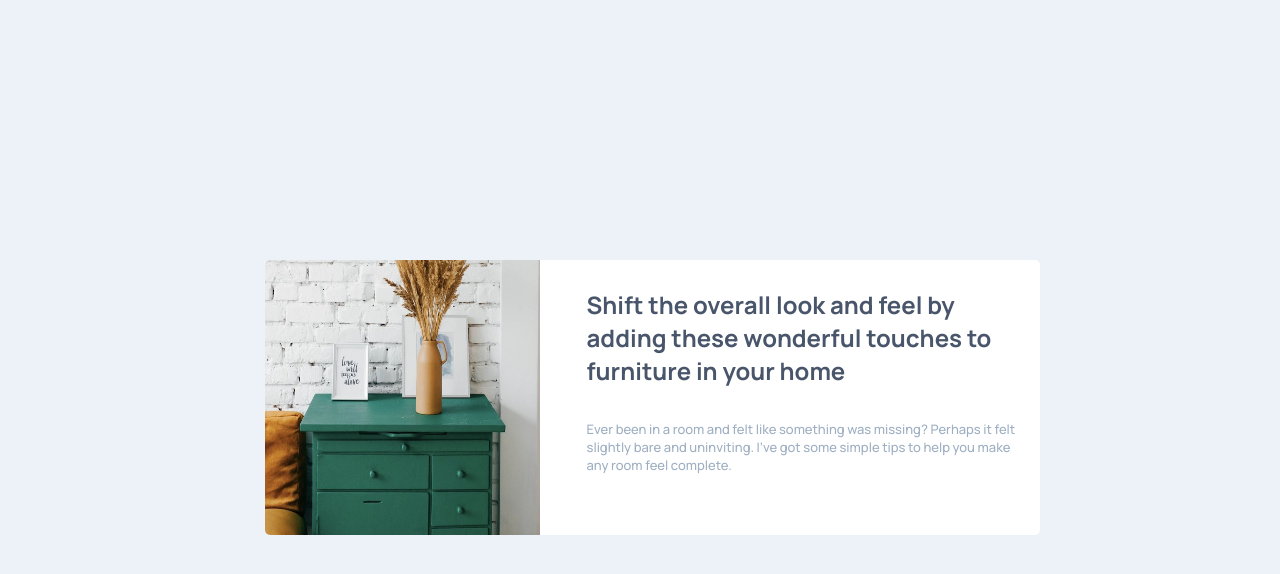
Repository: ricky603/training-css
Page: article-preview-component-master/index.html
An editor plug-in stored every save of this project. The page is shown before and after the next save, followed by the edit.
The browser window is 1280 px wide. The pictures show the whole page.

Above is the page before, as saved 2020-09-09 08:49:16.

After the next save:
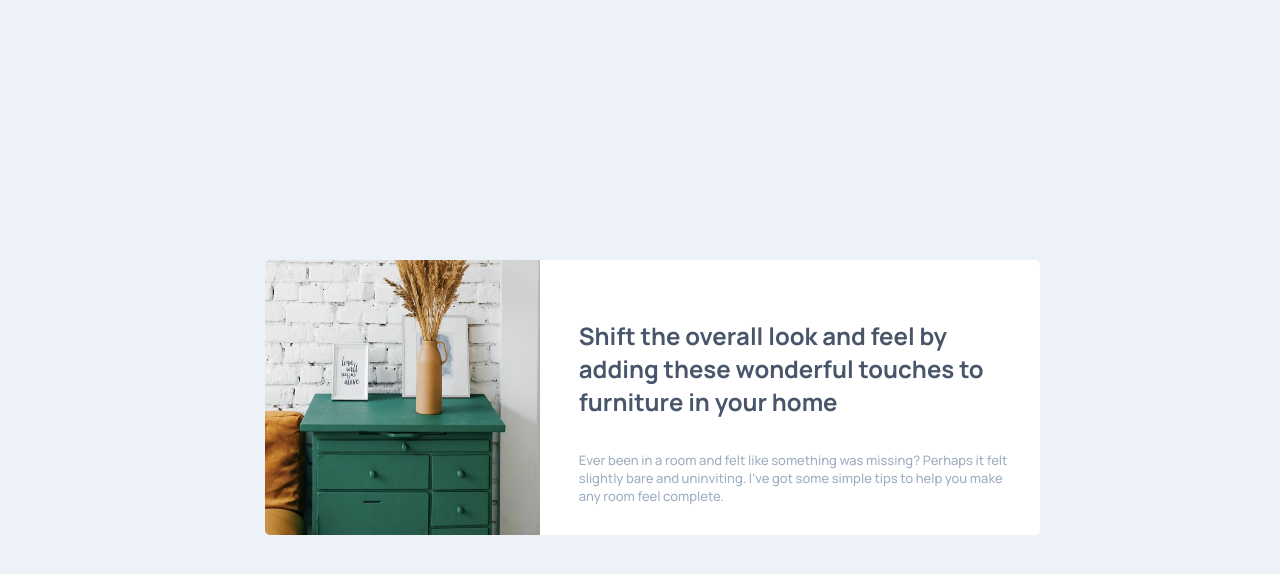
Saved 29 s later.
--- a/article-preview-component-master/styles.css
+++ b/article-preview-component-master/styles.css
@@ -15,7 +15,7 @@ h2 {
     position: absolute;
     width: 57%;
     display: inline-block;
-    margin: 1% 5% 5% 6%;
+    padding: 5%;
 }
 
 .body {
